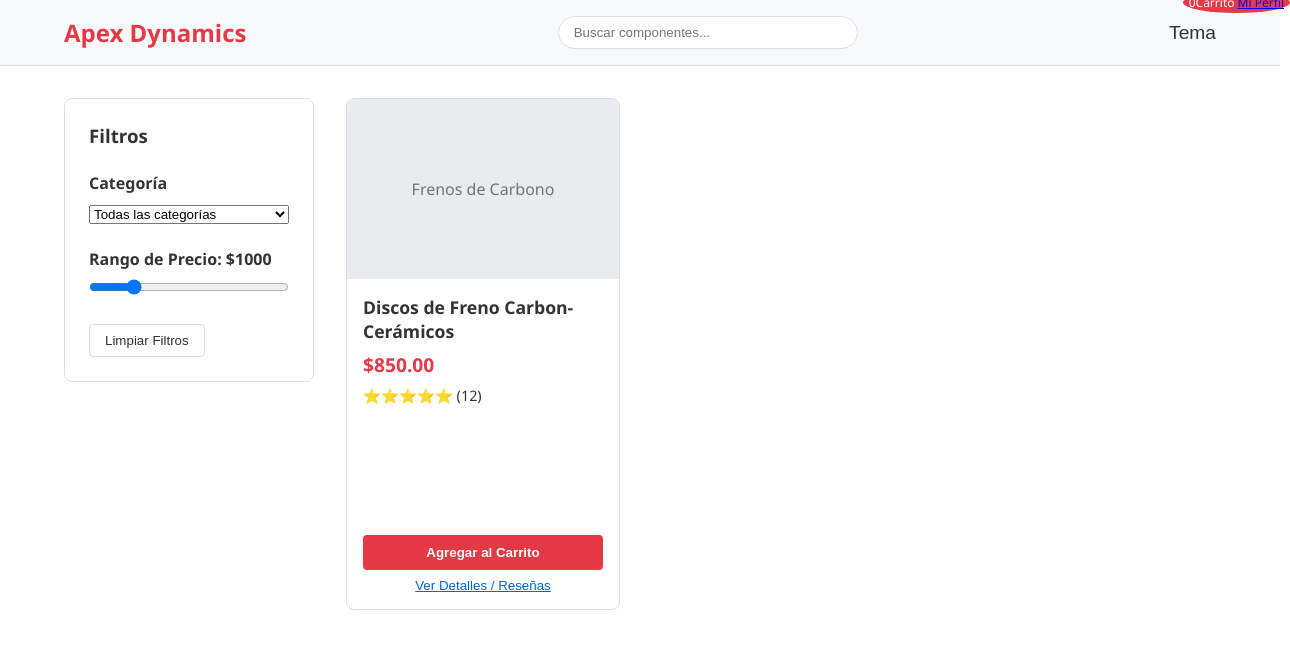
Repository: Niwrad774/Apex-Dynamics-Ecomerce
Page: html/cliente.html
An editor plug-in stored every save of this project. The page is shown before and after the next save, followed by the edit.
The browser window is 1280 px wide. The page is 1290 px wide, so the pictures cover 1290 px, including what lies to the right of the window. The pictures show the whole page.

Above is the page before, as saved 2026-06-11 09:14:39.

After the next save:
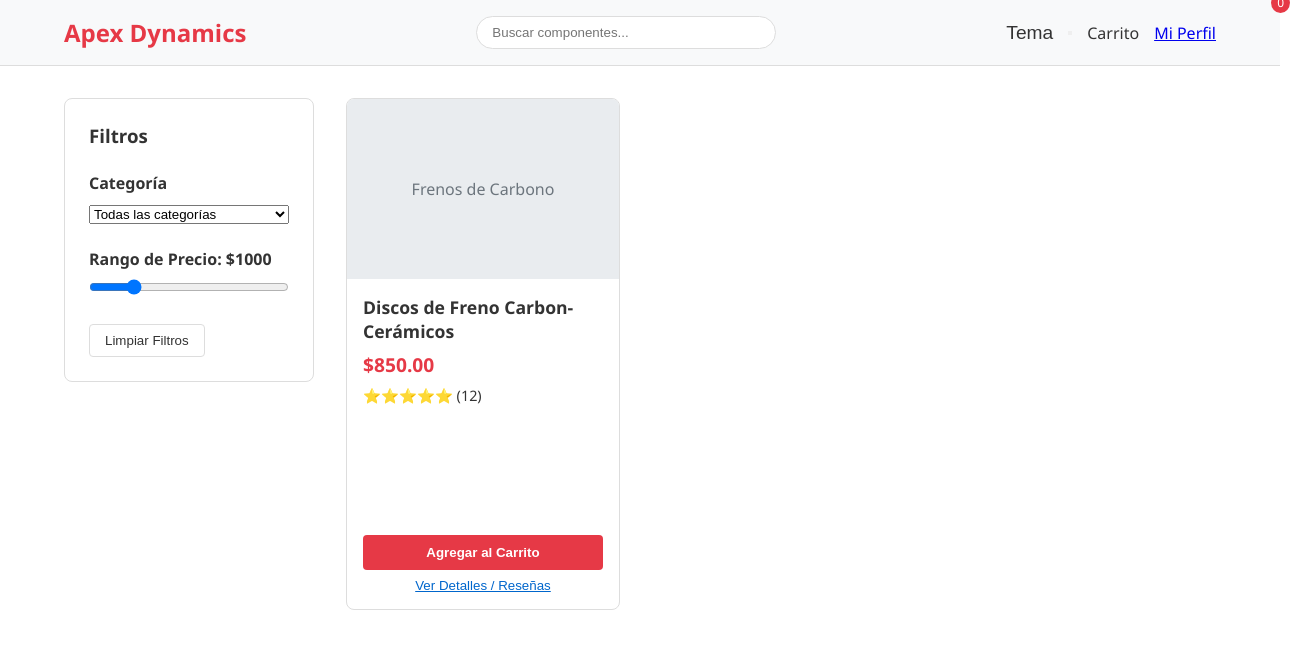
Saved 5 s later.
--- a/html/cliente.html
+++ b/html/cliente.html
@@ -14,7 +14,7 @@
         </div>
         <nav class="nav-actions">
             <button id="theme-toggle" class="btn-icon">Tema</button>
-            <button<span id="cart-count">0</span>Carrito</Bu>
+            <button></button><span id="cart-count">0</span>Carrito</Bu>
             <a href="#perfil" class="profile-link">Mi Perfil</a>
         </nav>
     </header>
